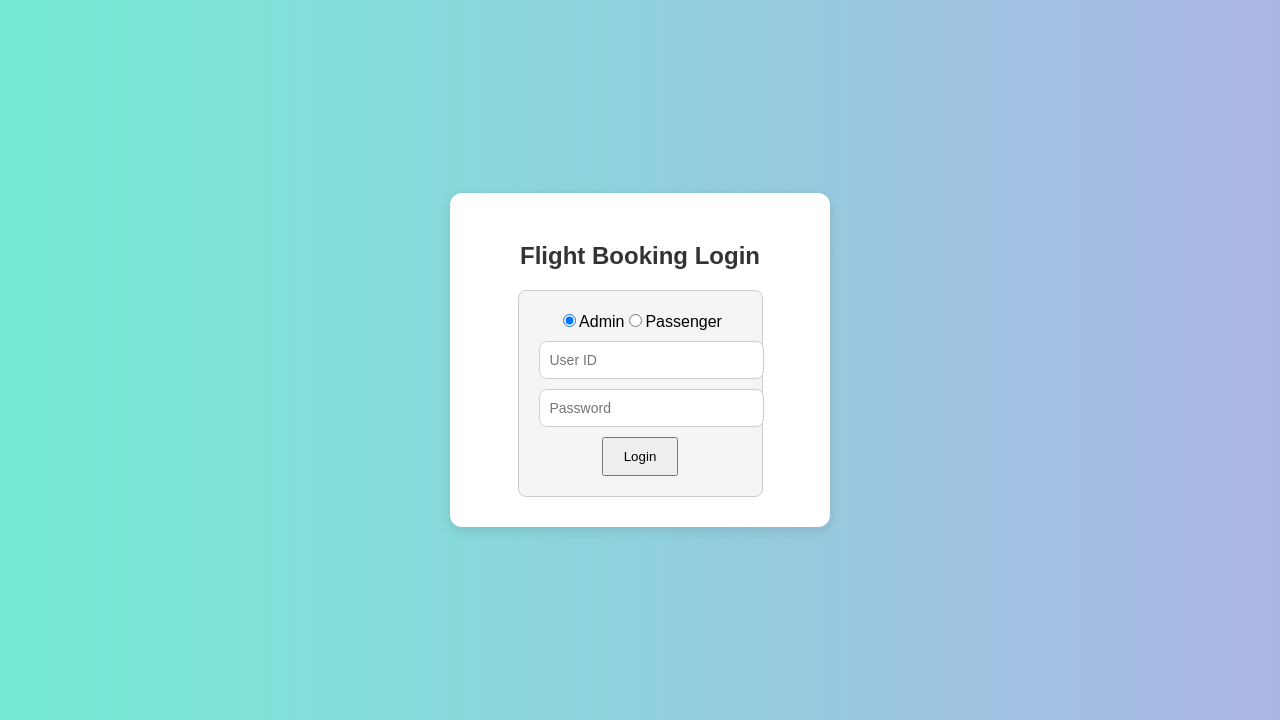
Repository: Shenes35/Booking-system
Page: / (app in frontend/)
The author's editor kept a copy of each file at every save. The page is drawn from the files as they stood at one save, then again after a run of saves.
The browser window is 1280 px wide. The pictures show the whole page.
The project was rebuilt for these pictures with package versions that can differ from the ones it lists, and the page was loaded fresh each time.

Above is the page before, as saved 2025-05-19 10:36:58.

After the next 4 saves:
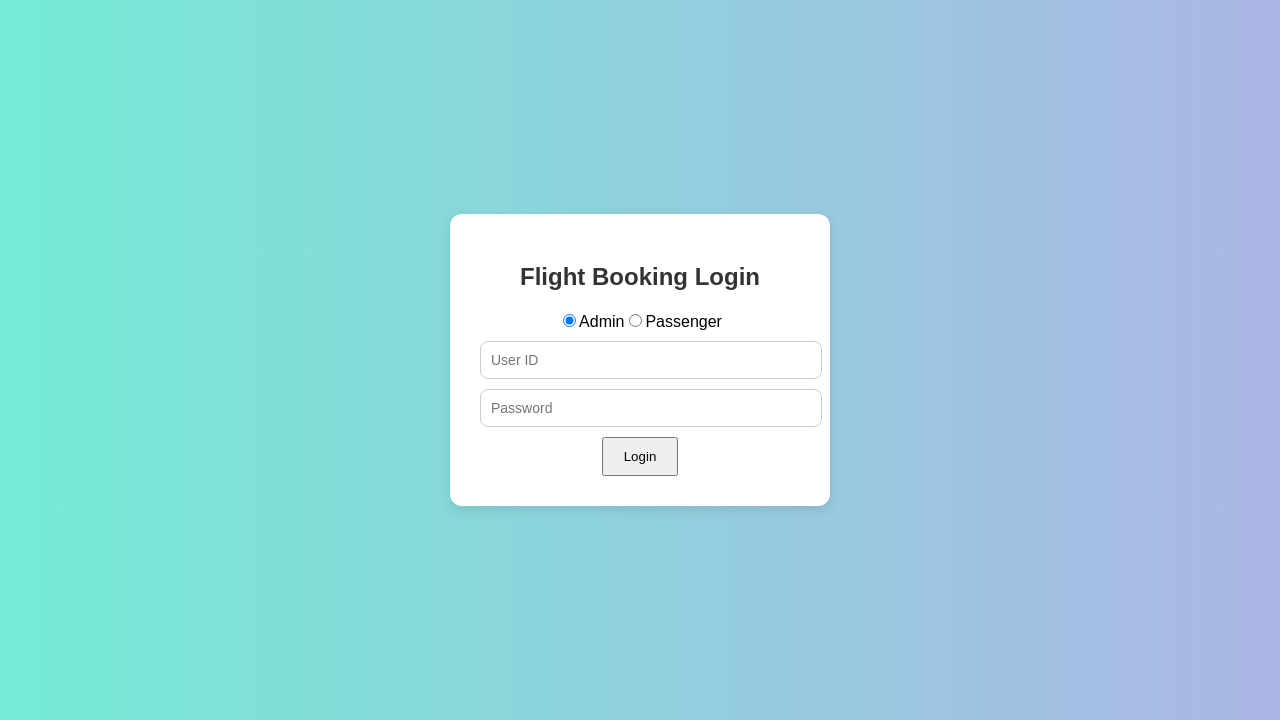
The 4 saves are shown as one change because 1 did not build or start and some came seconds apart.
The last was saved 47 s later.
--- a/frontend/src/components/LoginPage.jsx
+++ b/frontend/src/components/LoginPage.jsx
@@ -18,8 +18,7 @@ const LoginPage = ({ setUserRole }) => {
     <div style={styles.container}>
       <div style={styles.card}>
         <h2 style={styles.title}>Flight Booking Login</h2>
-        <form onSubmit={handleSubmit}
-        style={{ display: 'inline-block', padding: '20px', border: '1px solid #ccc', borderRadius: '8px', backgroundColor: '#f5f5f5' }}>
+        <form onSubmit={handleSubmit}>
             <div>
             <label>
                 <input type="radio" value="admin" checked={role === 'admin'} onChange={() => setRole('admin')} />
